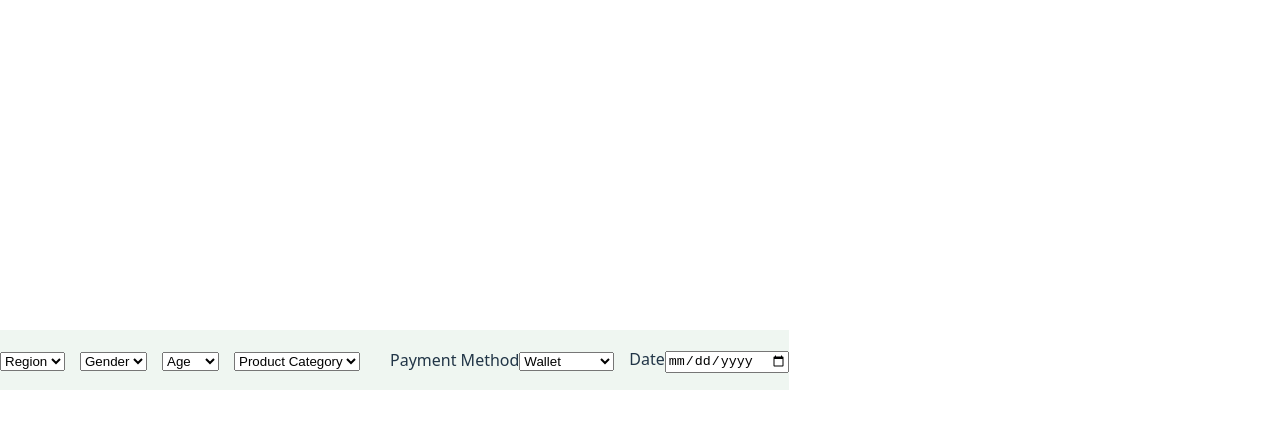
Repository: SandeepYadav18717/TruEstae
Page: / (app in TruEstae/)
These files come from the project's save history. The page is drawn as it stood at one moment and after a run of saves; the edit follows.
The browser window is 1280 px wide. The pictures show the whole page.
The project was rebuilt for these pictures with package versions that can differ from the ones it lists, and the page was loaded fresh each time. Also part of the build but not shown: TruEstae/vite.config.js, TruEstae/src/App.css, TruEstae/src/Styles/Logo.css, TruEstae/src/Pages/Logo.jsx, TruEstae/src/Styles/search_bar.css, TruEstae/src/components/search_bar.jsx.

Above is the page before, as saved 2025-12-07 00:53:40.

After the next 2 saves:
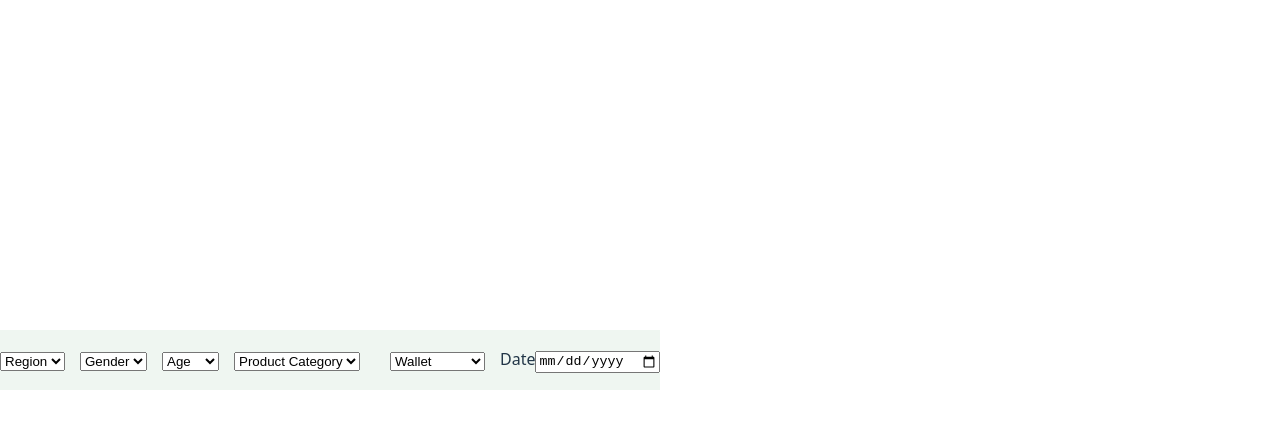
The 2 saves are shown as one change because they came seconds apart.
The last was saved 11 s later.
--- a/TruEstae/src/Pages/Home.jsx
+++ b/TruEstae/src/Pages/Home.jsx
@@ -50,8 +50,9 @@ function Home() {
       <div id="Tags"></div>
 
       <div id="Payment_Method">
-        <label>Payment Method</label>
+
         <select>
+
           <option>Wallet</option>
           <option>Cash</option>
           <option>Card</option>
